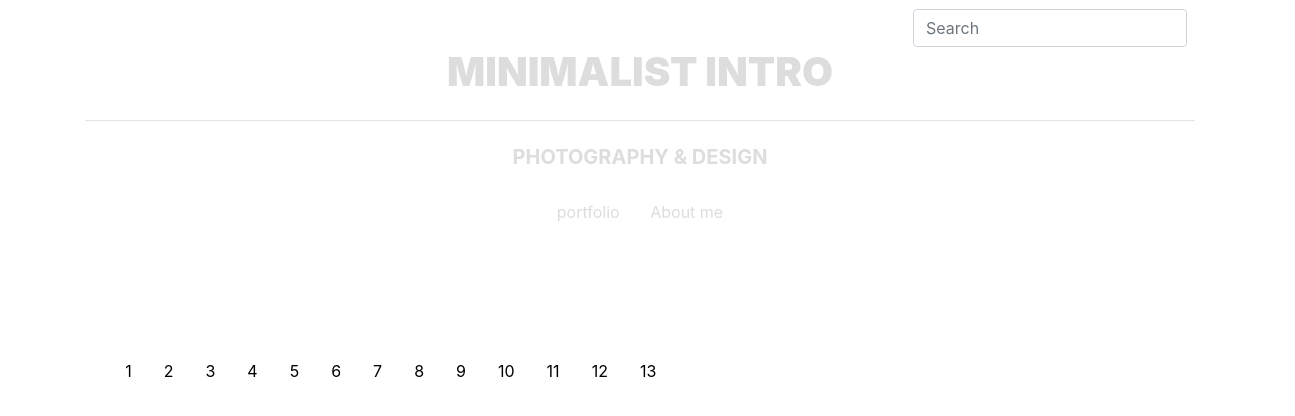
Repository: nicolasolo/bitesizecoding
Page: index.html
These files come from the project's save history. The page is drawn as it stood at one moment and after the next save; the edit follows.
The browser window is 1280 px wide. The page is 1295 px wide, then 1280 px, then 1295 px, so the pictures cover 1295 px, including what lies to the right of the window. The pictures show the whole page.

Above is the page before, as saved 2020-04-13 12:42:24.
Console error: TypeError: Cannot read properties of undefined (reading 'lenght')

### index.html
<!DOCTYPE html>
<html lang="en">
    <head>
        <title></title>
        <meta charset="UTF-8">
        <meta name="viewport" content="width=device-width, initial-scale=1">
        <!--
        <script src="https://kit.fontawesome.com/9e80a3f6b7.js" crossorigin="anonymous"></script>-->
        <link rel="stylesheet" href="https://stackpath.bootstrapcdn.com/bootstrap/4.4.1/css/bootstrap.min.css" integrity="sha384-Vkoo8x4CGsO3+Hhxv8T/Q5PaXtkKtu6ug5TOeNV6gBiFeWPGFN9MuhOf23Q9Ifjh" crossorigin="anonymous">
        <link href="css/bitesize.css" rel="stylesheet">
    </head>
    <body>

        <header>
            <!--Navbar-->
            <nav class="navbar navbar-expand-lg navbar-dark fixed-top scrolling-navbar">
              <div class="container">
                <a class="navbar-brand" href="#"><strong>MDB</strong></a>
                <button class="navbar-toggler" type="button" data-toggle="collapse" data-target="#navbarSupportedContent-7" aria-controls="navbarSupportedContent-7" aria-expanded="false" aria-label="Toggle navigation">
                  <span class="navbar-toggler-icon"></span>
                </button>
                <div class="collapse navbar-collapse" id="navbarSupportedContent-7">
                  <ul class="navbar-nav mr-auto">
                    <li class="nav-item active">
                      <a class="nav-link" href="#">Home <span class="sr-only">(current)</span></a>
                    </li>
                    <li class="nav-item">
                      <a class="nav-link" href="#">Link</a>
                    </li>
                    <li class="nav-item">
                      <a class="nav-link" href="#">Profile</a>
                    </li>
                  </ul>
                  <form class="form-inline">
                    <div class="md-form my-0">
                      <input class="form-control mr-sm-2" type="text" placeholder="Search" aria-label="Search">
                    </div>
                  </form>
                </div>
              </div>
            </nav>
            <!-- Navbar -->
            <!-- Full Page Intro -->

              <!-- Mask & flexbox options-->
              <div class="mask rgba-black-light align-items-center">
                <!-- Content -->
                <div class="container">
                  <!--Grid row-->
                  <div class="row">
                    <!--Grid column-->
                    <div class="col-md-12 mb-4 white-text text-center">
                      <h1 class="h1-reponsive white-text text-uppercase font-weight-bold mb-0 pt-md-5 pt-5 wow fadeInDown" data-wow-delay="0.3s"><strong>Minimalist intro</strong></h1>
                      <hr class="hr-light my-4 wow fadeInDown" data-wow-delay="0.4s">
                      <h5 class="text-uppercase mb-4 white-text wow fadeInDown" data-wow-delay="0.4s"><strong>Photography & design</strong></h5>
                      <a class="btn btn-outline-white wow fadeInDown" data-wow-delay="0.4s">portfolio</a>
                      <a class="btn btn-outline-white wow fadeInDown" data-wow-delay="0.4s">About me</a>
                    </div>
                    <!--Grid column-->
                  </div>
                  <!--Grid row-->
                </div>
                <!-- Content -->
              </div>
              <!-- Mask & flexbox options-->
            </div>
            <!-- Full Page Intro -->
          </header>
          <!-- Main navigation -->
          <!--Main Layout-->
          <main>
            <div class="container">
              <!--Grid row-->
              <div class="row py-5">

              </div>
              <!--Grid row-->
            </div>
          </main>
          <!--Main Layout-->
    <div class=".section-1 center">
        <div class="container-fluid center d-flex">
                <div class="grid" id="products"></div>
        </div>  <div class="row center">
         <div class=" col-10 ">
        <div class="pagination" id="pagination"></div>
        </div>
    </div>

    </body>
    <script src="https://ajax.googleapis.com/ajax/libs/jquery/3.4.1/jquery.min.js"></script>
<script src="https://cdn.jsdelivr.net/npm/popper.js@1.16.0/dist/umd/popper.min.js" integrity="sha384-Q6E9RHvbIyZFJoft+2mJbHaEWldlvI9IOYy5n3zV9zzTtmI3UksdQRVvoxMfooAo" crossorigin="anonymous"></script>
<script src="https://stackpath.bootstrapcdn.com/bootstrap/4.4.1/js/bootstrap.min.js" integrity="sha384-wfSDF2E50Y2D1uUdj0O3uMBJnjuUD4Ih7YwaYd1iqfktj0Uod8GCExl3Og8ifwB6" crossorigin="anonymous"></script>
<script src="./js/bitesize.js"></script>

</html>

### css/bitesize.css
.view{
    height: 100%;
    width: 100%;
    position: ;
    overflow: hidden;
    cursor: default;
}
.m-auto{
    margin: auto !important;
}
.mr-1{
    margin: 1em !important;
}
.justify-content-center{
    justify-content: center;
    align-items: center;
}
.pagination{
    overflow-x: scroll;
    -ms-overflow-style: none;
    overflow: -moz-scrollbars-none;

}
::-webkit-scrollbar{
    width: 0 !important;
}
.white-text{
    color: #ddd;
}
.section-1{
    position: absolute;
    height: 100vh;
    background-color: antiquewhite;
}
span{
    color: red;
    border-radius: 50%;
    background-color: antiquewhite;
    text-align: center;
    text-justify: newspaper;
}
.pagination{
    align-content: center;
    justify-items: center;
    text-align: center;
}

.pagination a{
    color: black;
    float: left;
    padding: 8px 16px;
    text-decoration: none;
    transition: background-color .3s;
}

.pagination a.active{
    background-color: dodgerblue;
    color: white;
}

.pagination a:hover:not(.active){
    background-color: #ddd;
}

.nav{
    height: 50px;
    line-height: normal;
}

.cart{
height: 100px;
width: fit-content;
}
.center{
    justify-content: center !important;
    align-items: center;
}
.grid{
    display: grid;
    grid-template-columns: repeat(3, 1fr);
    column-gap: 10px;
}
@media (max-width:920px){
    .grid{
        display: grid;
        grid-template-columns: repeat(2,50%);
        column-gap: 10px;
    }
}

@media (max-width:640px){
    .grid{
        display: grid;
        grid-template-columns: repeat(1, 1fr);
        column-gap: 10px;
        width: 80%;
        justify-content: center;
    }
}
.card{
    margin: 1rem !important;
}

### js/bitesize.js
/*
var products = document.querySelector("#products");
var pagination = document.querySelector("#pagination");



 $(function(){

    function showData(arr){
        var out = "";
        for( var i = 0; i < arr.lenght; i++)
          {
            out +=
'<div class="card">'+
  '<div class="view overlay">'+
    '<img class="card-img-top" src="" alt="Card image cap">'+
    '<a>'+
      '<div class="mask rgba-white-slight"></div>'+
    '</a>'+
  '</div>'+
  '<a class="btn-floating btn-action ml-auto mr-4 mdb-color lighten-3"><i class="fas fa-chevron-right pl-1"></i></a>'+
  '<div class="card-body">'+
    '<h4 class="card-title">'+ arr[i].title +'</h4>'+
    '<hr>'+
    '<p class="card-text"></p>'+
  '</div>'+
  '<div class="rounded-bottom mdb-color lighten-3 text-center pt-3">'+
    '<ul class="list-unstyled list-inline font-small">'+
      '<li class="list-inline-item pr-2 white-text"><i class="far fa-clock pr-1"></i>05/10/2015</li>'+
      '<li class="list-inline-item pr-2"><a href="#" class="white-text"><i class="far fa-comments pr-1"></i>12</a></li>'+
      '<li class="list-inline-item pr-2"><a href="#" class="white-text"><i class="fab fa-facebook-f pr-1"></i>21</a></li>'+
      '<li class="list-inline-item"><a href="#" class="white-text"><i class="fab fa-twitter pr-1"> </i>5</a></li>'+
    '</ul>'+
  '</div>'+

'</div>'+
'</div>';
          }
        products.innerHTML = out;

      }


      var xmlhttp = new XMLHttpRequest();
      var url = "/json/1.json";


  xmlhttp.onreadystatechange = function() {
    if (this.readyState == 4 && this.status == 200) {
      var itemsPerPage = 10; // count of recors per page
      var currentPage = window.location.search.substring(6);
      console.log(currentPage);
      var items = JSON.parse(this.responseText);
      console.log(Array);
      var allPages = Math.ceil(items.length/itemsPerPage);
      console.log(allPages);
      var itemsOnPage = [];//arrays for pages
      console.log(itemsOnPage);
      for (i = 0; i < Math.ceil(items.length/itemsPerPage); i++){
        itemsOnPage[i] = items.slice((i*itemsPerPage), (i*itemsPerPage) + itemsPerPage);
        $('<a>', { href: '?page='+(i)+'', text: ''+(i+1)+''}).appendTo(pagination);
      }
      showData(itemsOnPage[currentPage-1]);
      console.log(showData(arr));
    }
  };
    xmlhttp.open("GET", url, true);
    xmlhttp.send();
 });
 */
var products = document.querySelector("#products");
var pagination = document.querySelector("#pagination");

    function showData(arr)
      {

        var out = "";
        for(let i = 0; i < arr.lenght; i++)
          {
            out +=

            '<h4 class="title">' + '('+ arr[i].id+')' + arr[i].title + '</h4>'
          }
        products.innerHTML = out;
      }

  var xmlhttp = new XMLHttpRequest();
  var url = "json/1.json";
  var itemsPerPage = 8; // count of recors per page
  var numPage = window.location.search.substring(6);
  xmlhttp.onreadystatechange = function() {
    if (this.readyState == 4 && this.status == 200) {
      var items = JSON.parse(this.responseText);
      var subArrays = [];//arrays for pages
      for (var i = 0; i < Math.ceil(items.length/itemsPerPage); i++){
        subArrays[i] = items.slice((i*itemsPerPage), (i*itemsPerPage) + itemsPerPage);
        $('<a>', { href: '?page='+(i+1)+'', text: ''+(i+1)+''}).appendTo(pagination);
      }
      showData(subArrays[numPage-1]);
    }
  };
    xmlhttp.open("GET", url, true);
    xmlhttp.send();

Loaded but not shown: json/1.json (common file)

After the next save:
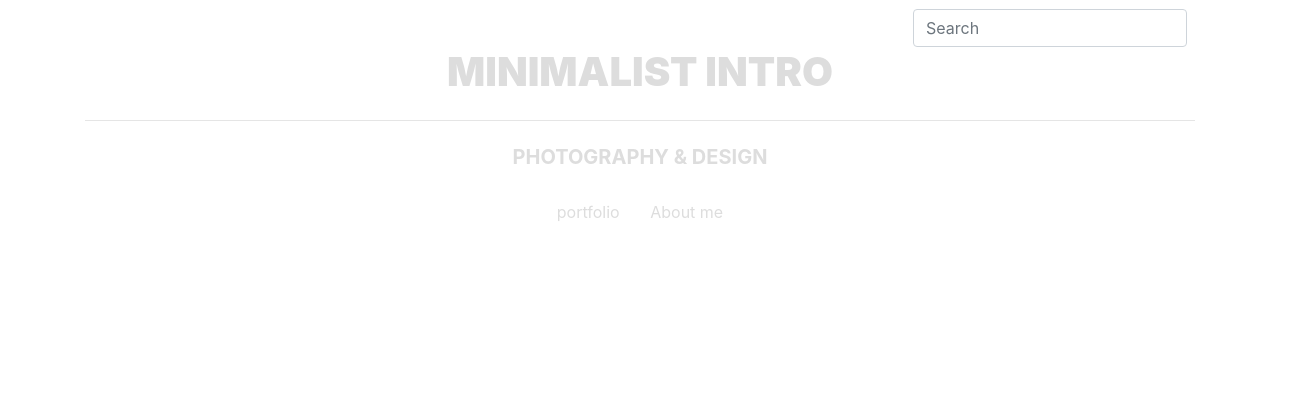
Console error: SyntaxError: Unexpected token 'var'
Saved 16 s later.
--- a/js/bitesize.js
+++ b/js/bitesize.js
@@ -73,7 +73,7 @@
 
     function showData(arr)
       {
-
+        var
         var out = "";
         for(let i = 0; i < arr.lenght; i++)
           {

After the save that followed:
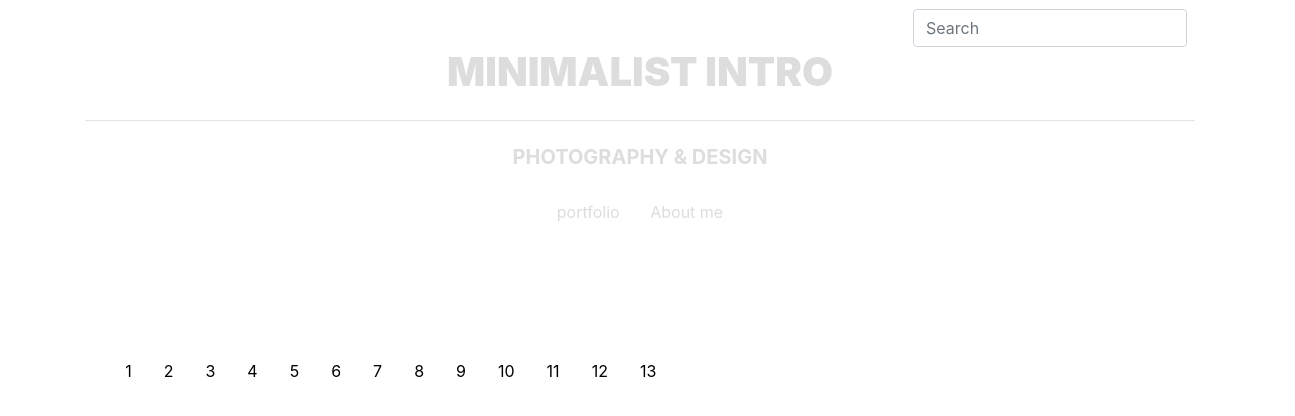
Console error: TypeError: Cannot read properties of undefined (reading 'lenght')
Saved 5 s later.
--- a/js/bitesize.js
+++ b/js/bitesize.js
@@ -73,7 +73,7 @@
 
     function showData(arr)
       {
-        var
+        var arr;
         var out = "";
         for(let i = 0; i < arr.lenght; i++)
           {
